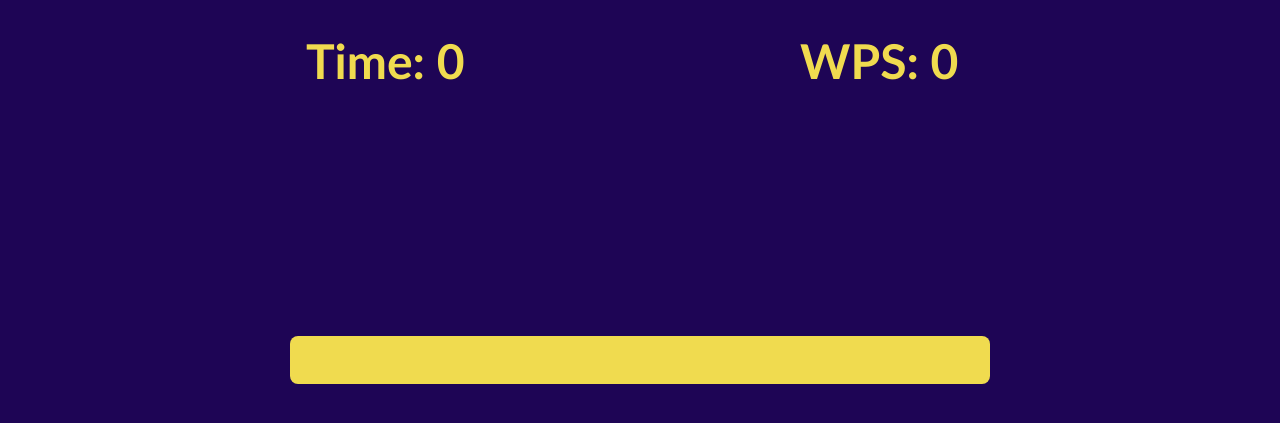
Repository: KhangNguyenIU/Vanilajs-TypingSpeed
Page: index.html
An editor plug-in stored every save of this project. The page is shown before and after the next save, followed by the edit.
The browser window is 1280 px wide. The pictures show the whole page.
The page's requests for data from a server got no answer.

Above is the page before, as saved 2021-10-15 12:27:27.

### index.html
<!DOCTYPE html>
<html lang="en">
  <head>
    <meta charset="UTF-8" />
    <meta http-equiv="X-UA-Compatible" content="IE=edge" />
    <meta name="viewport" content="width=device-width, initial-scale=1.0" />
    <link rel="stylesheet" href="style.css" />
    <link
      rel="stylesheet"
      href="https://cdnjs.cloudflare.com/ajax/libs/font-awesome/6.0.0-beta2/css/all.min.css"
      integrity="sha512-YWzhKL2whUzgiheMoBFwW8CKV4qpHQAEuvilg9FAn5VJUDwKZZxkJNuGM4XkWuk94WCrrwslk8yWNGmY1EduTA=="
      crossorigin="anonymous"
      referrerpolicy="no-referrer"
    />
    <link
      href="https://fonts.googleapis.com/css2?family=Lora:ital,wght@0,400;0,500;1,400;1,500&display=swap"
      rel="stylesheet"
    />
    <script src="script.js" defer></script>
    <title>Typing Game</title>
  </head>
  <body>
    <body>
      <div class="container">
        <div class="timer">
          <span>Time: </span>
          <span id="timer">0</span>
        </div>
        <div class="word-speed">
          <span> WPS: </span>
          <span id="word-speed"> 0.0 </span>
        </div>
        <div class="quote-display" id="quoteDisplay"></div>
      </div>

      <div class="modal" id="modal">
        <div class="modal-body">
          <i class="fas fa-times " id="close-icon"></i>
          <p class="text-primary">Congratulation</p>
          <p class="text-secondary">Accuracy :<span id="accuracy"></span> %</p>
          <p class="text-secondary">Word per seconds: <span id="wps"></span></p>
        </div>
      </div>
      <div id="overlay"></div>
    </body>
  </body>
</html>

### style.css
* {
    box-sizing: border-box;
  }

  body {
    display: flex;
    justify-content: center;
    align-items: center;
    min-height: 100vh;
    margin: 0;
    background-color: #1E0555;
  }

  body, .quote-input {
    font-family: 'Gill Sans', 'Gill Sans MT', Calibri, 'Trebuchet MS', sans-serif;
  }

  .text-primary{
    font-size: 32px;
    font-family: "Lora", sans-serif;
    color: rgba(0, 0, 0, .8  );
  }
  .text-secondary{
    font-size: 22px;
    font-family: "Lora", serif;
  }
  .container {
    background-color: #F0DB4F;
    padding: 1rem;
    border-radius: .5rem;
    width: 700px;
    max-width: 90%;
  }

  #overlay {
    position: fixed;
    opacity: 0;
    transition: 200ms ease-in-out;
    top: 0;
    left: 0;
    right: 0;
    bottom: 0;
    background-color: rgba(0, 0, 0, .5  );
    pointer-events: none;
  }

  #overlay.active{
    opacity: 1;
    pointer-events: all;
  }
  .modal {
    opacity: 0;
    position: absolute;
    top: 50%;
    left: 50%;
    transform: translate(-50%, -50%);
    transition: 200ms ease-in-out;
    border-radius: 5px;
    z-index: 10;
    background-color: white;
    width: 500px;
    height: 500px;
    max-width: 80%;
    display: flex;
    flex-direction: column;
    justify-content: center;
    align-items: center;
  }

  .modal.active{
    opacity: 1;
  }
  .modal-body{

  }
  .timer {
    position: absolute;
    top: 2rem;
    font-size: 3rem;
    color: #F0DB4F;
    font-weight: bold;
  }

  .word-speed {
    position: absolute;
    top: 2rem;
    left:50rem;
    font-size: 3rem;
    color: #F0DB4F;
    font-weight: bold;
  }

  .quote-display {
    margin-bottom: 1rem;
    margin-left: calc(1rem + 2px);
    margin-right: calc(1rem + 2px);
    font-size: 26px;
    letter-spacing: 1.5px;
    line-height: 40px;
    color: rgba(0,0,0,.5);
  }

  .current-char{
    color:black;
    text-decoration: underline;

  }

  .quote-input {
    background-color: transparent;
    border: 2px solid #A1922E;
    outline: none;
    width: 100%;
    height: 8rem;
    margin: auto;
    resize: none;
    padding: .5rem 1rem;
    font-size: 1rem;
    border-radius: .5rem;
  }

  .quote-input:focus {
    border-color: black;
  }

  .correct {
    color: green;
  }

  .incorrect {
    color: red;
  }

  #close-icon{
    position: absolute;
    top: 20px;
    left: 50%;
    font-size: 20px;
    cursor: pointer;
  }

### script.js
const RANDOM_QUOTE_API_URL = "http://api.quotable.io/random"

const quoteDisplayElement = document.getElementById('quoteDisplay')
const quoteInputElement = document.getElementById('quoteInput')
const timerDisplay = document.getElementById("timer")
const modal = document.getElementById("modal")
const overlay = document.getElementById("overlay")
const wordSpeedDisplay = document.getElementById('word-speed')
const closeButton = document.getElementById("close-icon")
const blockedKey = [91, 20, 18, 17, 16, 13, 9]
let current = 0
let correct = 0
let incorrect=0;
let duration;
let wordSpeed;
let flag = false
let startTime;
var interval;
let wordLength;


closeButton.addEventListener("click",function(){
    closeModal()
})

overlay.addEventListener("click",function(){
    console.log("click")
    closeModal()
})
function openModal(){
    modal.classList.add("active")
    overlay.classList.add("active")
    updateResult()
}

function closeModal(){
    modal.classList.remove("active")
    overlay.classList.remove("active")
    renderNewQuote()
}

function updateResult(){
    const accuracyResult = document.getElementById("accuracy")
    const wpsResult = document.getElementById("wps")
    accuracyResult.innerText = Math.ceil(((wordLength- incorrect)/wordLength)*100)
    wpsResult.innerText = wordSpeed
}
function getRandomQuote() {
    return fetch(RANDOM_QUOTE_API_URL)
        .then(response => response.json())
        .then(data => data.content)
}

const startTimer = () => {
    let current = new Date()
    duration = Math.floor((current - startTime) / 1000)
    wordSpeed = (correct / duration).toFixed(2);
    wordSpeedDisplay.innerText = wordSpeed
    timerDisplay.innerText = duration
}


document.addEventListener('keydown', onTyping)

function onTyping(event) {

    if (!flag) {
        startTime = new Date()
        interval = setInterval(startTimer, 1000)
        flag = true
    }
    let arrayQuote = quoteDisplayElement.querySelectorAll("span")

    if (!blockedKey.includes(event.keyCode)) {
        if (event.key == arrayQuote[current].innerText) {
            arrayQuote[current].classList.remove("current-char")
            arrayQuote[current].classList.add("correct")
            current = current += 1;
            correct += 1
            if (current < arrayQuote.length)
                arrayQuote[current].classList.add("current-char")
            if (current >= arrayQuote.length) {
                clearInterval(interval)
                openModal()
                return;
            }
        }

        else {
            arrayQuote[current].classList.add("incorrect")
            incorrect ++;
        }
    }

}

async function renderNewQuote() {
    duration=0;
    wordSpeed=0;
    timerDisplay.innerText = 0;
    wordSpeedDisplay.innerText = 0
    const quote = await getRandomQuote();
    quoteDisplayElement.innerHTML = ""
    quote.split("").forEach(element => {
        const characterSpan = document.createElement("span")
        characterSpan.innerText = element
        quoteDisplayElement.appendChild(characterSpan)
    });
    quoteDisplayElement.querySelector("span").classList.add("current-char")
    wordLength = quoteDisplayElement.querySelectorAll("span").length
}



renderNewQuote()

After the next save:
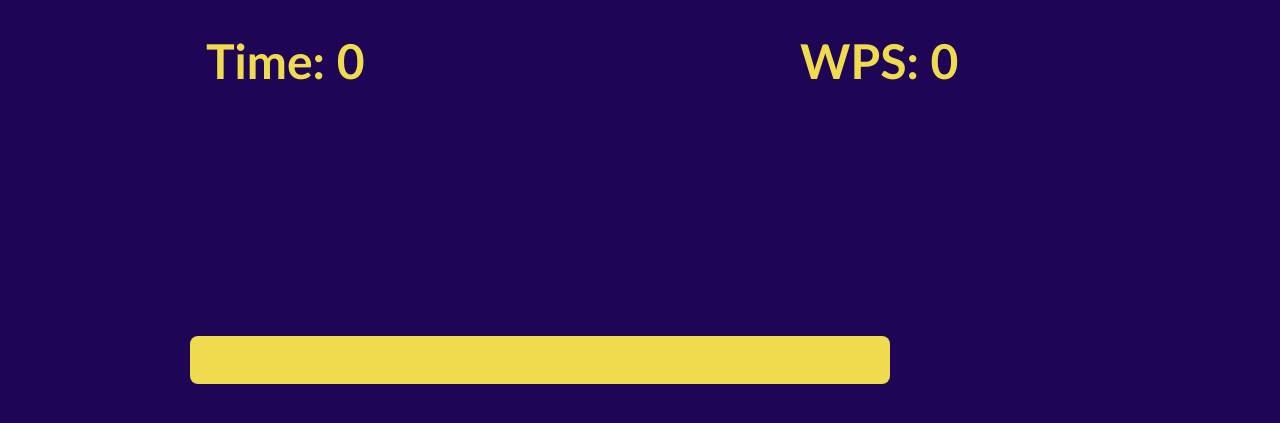
Saved 4 min 11 s later.
--- a/index.html
+++ b/index.html
@@ -22,20 +22,23 @@
   <body>
     <body>
       <div class="container">
-        <div class="timer">
-          <span>Time: </span>
-          <span id="timer">0</span>
+        <div class="typing-box">
+          <div class="timer">
+            <span>Time: </span>
+            <span id="timer">0</span>
+          </div>
+          <div class="word-speed">
+            <span> WPS: </span>
+            <span id="word-speed"> 0.0 </span>
+          </div>
+
+          <div class="quote-display" id="quoteDisplay"></div>
         </div>
-        <div class="word-speed">
-          <span> WPS: </span>
-          <span id="word-speed"> 0.0 </span>
-        </div>
-        <div class="quote-display" id="quoteDisplay"></div>
       </div>
 
       <div class="modal" id="modal">
         <div class="modal-body">
-          <i class="fas fa-times " id="close-icon"></i>
+          <i class="fas fa-times" id="close-icon"></i>
           <p class="text-primary">Congratulation</p>
           <p class="text-secondary">Accuracy :<span id="accuracy"></span> %</p>
           <p class="text-secondary">Word per seconds: <span id="wps"></span></p>
--- a/style.css
+++ b/style.css
@@ -15,16 +15,22 @@
     font-family: 'Gill Sans', 'Gill Sans MT', Calibri, 'Trebuchet MS', sans-serif;
   }
 
+  .container{
+    margin: 0 auto;
+    width: 900px;
+  }
+
   .text-primary{
     font-size: 32px;
     font-family: "Lora", sans-serif;
     color: rgba(0, 0, 0, .8  );
   }
+
   .text-secondary{
     font-size: 22px;
     font-family: "Lora", serif;
   }
-  .container {
+  .typing-box {
     background-color: #F0DB4F;
     padding: 1rem;
     border-radius: .5rem;
